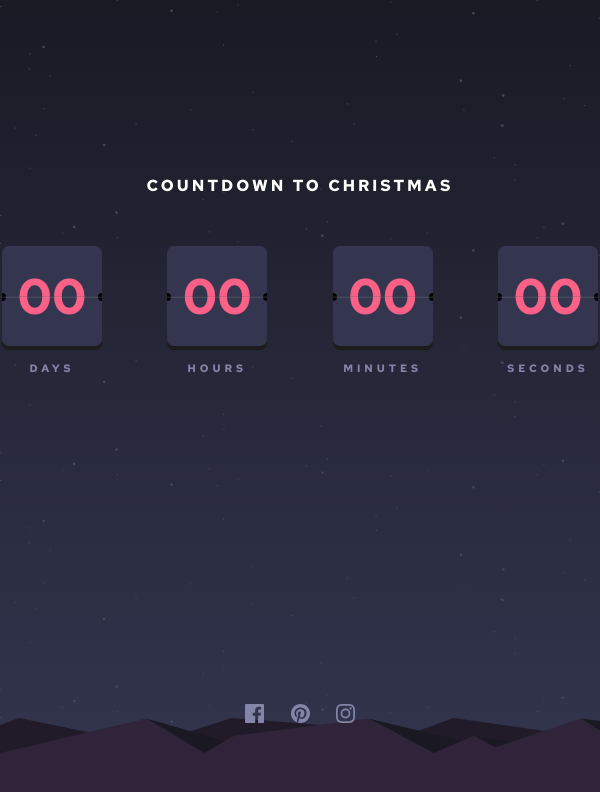
Repository: Eugene44-hub/countdown
Page: index.html
The author's editor kept a copy of each file at every save. The page is drawn from the files as they stood at one save, then again after a run of saves.
The browser window is 600 px wide. The pictures show the whole page.

Above is the page before, as saved 2021-09-13 02:27:18.

### index.html
<!DOCTYPE html>
<html lang="en">

<head>
    <meta charset="UTF-8">
    <meta http-equiv="X-UA-Compatible" content="IE=edge">
    <meta name="viewport" content="width=device-width, initial-scale=1.0">
    <title>Document</title>
    <link rel="stylesheet" href="style.css">
</head>

<body>
    <div class="container">


        <div class="timer">
            <h4 class="col10">countdown to christmas</h4>
            <div>
                <div class="card">
                    <div class="circle"></div>
                    <div class="circle circle2"></div>
                    <p id="days">00</p>
                    <hr>
                </div>
                <h6>days</h6>
            </div>
            <div>
                <div class="card">
                    <div class="circle"></div>
                    <div class="circle circle2"></div>
                    <p id="hours">00</p>
                    <hr>
                </div>
                <h6>hours</h6>
            </div>
            <div>
                <div class="card">
                    <div class="circle"></div>
                    <div class="circle circle2"></div>
                    <p id="minutes">00</p>
                    <hr>
                </div>
                <h6>minutes</h6>
            </div>
            <div>
                <div class="card">
                    <div class="circle"></div>
                    <div class="circle circle2"></div>
                    <p id="seconds">00</p>
                    <hr>
                </div>
                <h6>seconds</h6>
            </div>

        </div>
        <footer>
            <div class="social-media" id="facebook">
                <a href=""><img src="images/icon-facebook.svg"></a>
            </div>
            <div class="social-media" id="pinterest">
                <a href="">
                    <img src="images/icon-pinterest.svg">
                </a>
            </div>
            <div class="social-media" id="instagram">
                <a href="">
                    <img src="images/icon-instagram.svg">
                </a>
            </div>



        </footer>
    </div>

    <script src="app.js"></script>

</body>

</html>

</html>

### style.css
    @import url('https://fonts.googleapis.com/css2?family=Red+Hat+Text:wght@700&display=swap');
    * {
        padding: 0;
        margin: 0;
        box-sizing: border-box;
    }

    body {
        /* background-color: hsl(235, 16%, 14%); */
        /* background-color: hsl(234, 17%, 12%); */
        background-image: url('images/pattern-hills.svg'), url('images/bg-stars.svg'), linear-gradient( hsl(235, 18%, 12%), hsl(236, 21%, 26%));
        background-position: bottom, top;
        background-repeat: no-repeat, repeat;
        background-size: contain;
        background-attachment: fixed;
        font-family: 'Red Hat Text';
    }

    .container {
        display: flex;
        width: 100%;
        height: 500px;
        flex-wrap: wrap;
        text-align: center;
    }

    .col10 {
        flex: 100%;
        margin: auto;
    }

    h4 {
        color: white;
        padding: 50px;
        text-transform: uppercase;
        letter-spacing: 3px;
    }

    h6 {
        color: white;
        text-transform: uppercase;
        margin-top: 15px;
        color: hsl(237, 18%, 59%);
        letter-spacing: 4px;
    }

    .timer {
        margin: auto;
        display: flex;
        flex-wrap: wrap;
        justify-content: space-between;
        max-width: 500px;
    }

    .card {
        background-color: hsl(236, 21%, 26%);
        width: 100px;
        height: 100px;
        position: relative;
        overflow: hidden;
        box-shadow: 0px 4px rgb(29, 27, 27);
        border-radius: 7px;
        display: flex;
    }

    p {
        font-size: 50px;
        color: hsl(345, 95%, 68%);
        margin: auto;
    }

    .circle {
        border-width: 4px;
        border-radius: 50%;
        border-color: black;
        border-style: solid;
        height: 1px;
        position: absolute;
        left: -4px;
        top: 47%;
    }

    .circle2 {
        left: 96px;
    }

    hr {
        position: absolute;
        width: 100%;
        top: 50%;
        left: 0%;
        border-color: rgb(158, 158, 158);
        opacity: 0.2;
    }

    footer {
        display: flex;
        justify-content: space-between;
        flex: 100%;
        max-width: 130px;
        position: absolute;
        bottom: 5%;
        left: 50%;
        transform: translate(-50%, -50%);
    }

    img {
        width: 100%
    }

    .social-media {
        width: 30%;
        padding: 10px;
    }

    img:hover {
        background-color: hsl(345, 95%, 68%);
    }

    @media screen and (max-width: 720px) {
        .timer {
            max-width: 100%;
            padding: 2px;
        }
        body {
            backgr
        }
    }
    /* timer color  hsl(345, 95%, 68%)
timer card color hsl(237, 18%, 59%)
* /

### app.js
setInterval(e => {
    const days = document.querySelector('#days');
    const hours = document.querySelector('#hours');
    const minutes = document.querySelector('#minutes');
    const seconds = document.querySelector('#seconds');
    //Actual values
    const proposed = new Date('2021-12-25');
    const current = new Date();

    const proArr = [proposed.getHours(), proposed.getMinutes(), proposed.getSeconds(), proposed.getDay(), proposed.getMonth()];
    let daysTo, hoursTo, minutesTo, secondsTo;

    daysTo = (((proArr.at(-1) * 31) - 7) + proposed.getDate()) - (((current.getMonth() * 31) - 5) + current.getDate());
    hoursTo = (24 - current.getHours());
    minutesTo = (60 - current.getMinutes());
    secondsTo = (60 - current.getSeconds());

    days.textContent = daysTo;
    hours.textContent = hoursTo;
    minutes.textContent = minutesTo;
    seconds.textContent = secondsTo;
}, Infinity)









//calculation starts
// console.log((((proArr.at(-1) * 31) - 7) + proposed.getDate()) - (((current.getMonth() * 31) - 5) + current.getDate()) + 'days to christmas');
// console.log('hours:' + (24 - current.getHours()));
// console.log('minutes:' + (60 - current.getMinutes()));
// console.log('seconds:' + (60 - current.getSeconds()));
//claculations end


// console.log('proposed days:' + (((proArr.at(-1) * 31) - 7) + proposed.getDate()));
// console.log('current days:' + (((current.getMonth() * 31) - 5) + current.getDate()));
//test
// let cal = proposed. - current;
// console.log(proposed);
// console.log(current.getDate());
// console.log(proArr.at(-1) + 1);
// let another = new Date(cal);
// console.log(another)
//359-253 propsed day - current day(mth*31-7) for september minus 6

After the next 2 saves:
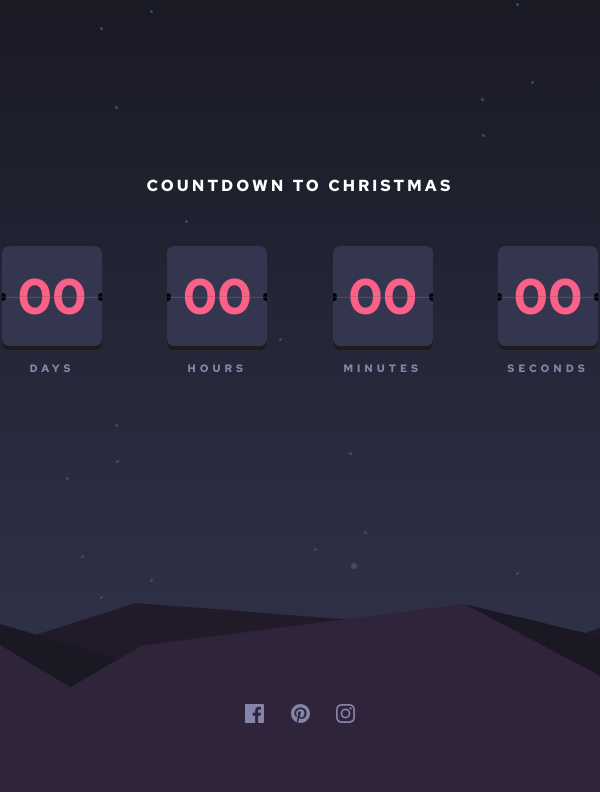
The 2 saves are shown as one change because they came seconds apart.
The last was saved 6 s later.
--- a/style.css
+++ b/style.css
@@ -123,7 +123,7 @@
             padding: 2px;
         }
         body {
-            backgr
+            background-size: auto;
         }
     }
     /* timer color  hsl(345, 95%, 68%)
